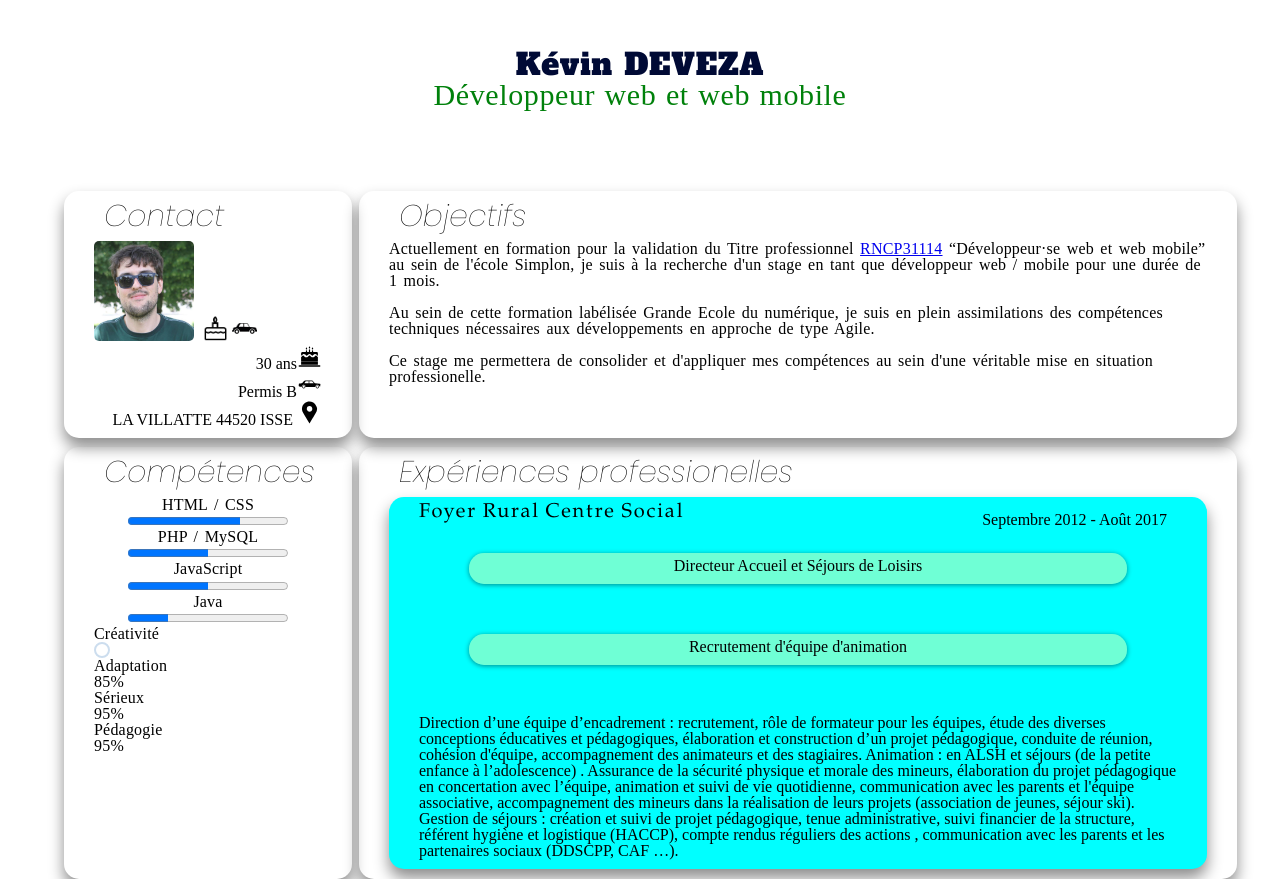
Repository: KevinDvZ/kevindvz.github.io
Page: index.html
An editor plug-in stored every save of this project. The page is shown before and after the next save, followed by the edit.
The browser window is 1280 px wide. The pictures show the whole page.

Above is the page before, as saved 2020-10-31 15:57:28.

### index.html
<!DOCTYPE html>
<html>
    <!--HEADER-->
<head>
    <title id="nomprenom">DEVEZA Kevin - Développeur Web et Web mobile.</title>
        <meta charset="utf-8" />
        <meta name="description" contents="CV de Kévin DEVEZA, développeur web  et web mobile junior."/>
        <link rel="stylesheet" href="css/cv_deveza.css" />
        <link rel="stylesheet" href="css/reset.css"/>
        <link href="https://fonts.googleapis.com/css2?family=Alfa+Slab+One&display=swap" rel="stylesheet">
        <link href="https://fonts.googleapis.com/css2?family=Abril+Fatface&display=swap" rel="stylesheet">
        <link href="https://fonts.googleapis.com/css2?family=Poppins:ital,wght@1,100&display=swap" rel="stylesheet">
        <meta name="viewport" content="width=device-width, initial-scale=1.0">    </head>

<body>

<header>

    <div class="text-center">
         <h1 id="nomprenom">Kévin DEVEZA</h1>
         <p id="metier">Développeur web et web mobile</p>
    </div>
</header>

<nav>
        <a class="menu" href="#intro">Objectif</a>
        <a class="menu" href="#experience">Expérience professionelles</a>
        <a class="menu" href="#langages">Compétences en développement</a>
        <a class="menu" href="#formations">Formations</a>
        <a class="menu" href="#interets">Centres d'intérêt</a>
        <a class="menu" href="#contact">Contact</a>
</nav>

<main>

<div class="cadre" id="cadre-obj">
        <h2 class="entete">Objectifs</h2>

    <p class="p-center"><p>Actuellement en formation pour la validation du Titre professionnel <a href="https://www.francecompetences.fr/recherche/rncp/31114/" target="_blank" rel="noopener">RNCP31114</a> <em>&ldquo;D&eacute;veloppeur&middot;se web et web mobile&rdquo;</em> au sein de l'&eacute;cole <em>Simplon</em>, je suis &agrave; la recherche d'un stage en tant que d&eacute;veloppeur web / mobile pour une dur&eacute;e de<em> 1 mois.</em><em></em></p>
    <p></p><br>
    <p>Au sein de cette formation lab&eacute;lis&eacute;e Grande Ecole du num&eacute;rique, je suis en plein assimilations des comp&eacute;tences techniques n&eacute;cessaires aux d&eacute;veloppements en approche de type Agile.</p>
    <p></p><br>
    <p>Ce stage me permettera de consolider et d'appliquer mes comp&eacute;tences au sein d'une v&eacute;ritable mise en situation professionelle.</p>
    <p></p></p>
</div>

<div id="cadre-contact" class="cadre">
          <h2 class="entete">Contact</h2>
      <img src="assets/img/solaire_cv.jpg" alt="image_profil" class="img">
      <img src="assets/icones/birthday_cake.png" alt="" class="icone">
      <img src="assets/icones/car.png" alt="" class="icone">
      <ul class="contact-liste">
        <li>30 ans<img src="assets/icones/birthday-cake.svg" class="icone"></li>
        <li>Permis B<img src="assets/icones/car.svg" alt="" class="icone"></li>
        <li>LA VILLATTE 44520 ISSE <img src="assets/icones/map.svg" class="icone"></li>
     </ul>
    </div>

<div class="cadre" id="skills">
    <h2 class="entete">Compétences</h2>
                    <div class="cadre-jauges">

        <p>HTML / CSS<p>
        <progress id="file" max="100" value="70"> 70% </progress>
        <p>PHP / MySQL</p>
        <progress id="file" max="100" value="50"> 50% </progress>
        <p>JavaScript</p>
        <progress id="file" max="100" value="50"> 30% </progress>
        <p>Java<p>
        <progress id="file" max="100" value="25"> 25% </progress>
</div>
<div id="soft-skills">
    <p>Créativité</p>
    <div class="progress-circle" data-value="38">
        <div class="progress-masque">
            </div>
    </div>
    <p>Adaptation</p>
    <p>85%</p>
    <p>Sérieux</p>
    <p>95%</p>
    <p>Pédagogie</p>
    <p>95%</p>
</div>
    </div>

<div class="cadre" id="cadre-exp">
            <h2 class="entete">Expériences professionelles</h2>

             <div class="cadre" id="experiences">
                <h2 class="entreprise">Foyer Rural Centre Social</h2>
                <h3 class="dates">Septembre 2012 - Août 2017</h3>
                <div class="cadre" >Directeur Accueil et Séjours de Loisirs</div>
                <div class="cadre" id="competences_exp">Recrutement d'équipe d'animation</div>

                    Direction d’une équipe d’encadrement : recrutement, rôle de formateur pour les équipes, étude des diverses conceptions éducatives et pédagogiques, élaboration et construction d’un projet pédagogique, conduite de réunion, cohésion d'équipe, accompagnement des animateurs et des stagiaires.
                    Animation : en ALSH et séjours (de la petite enfance à l’adolescence) . Assurance de la sécurité physique et morale des mineurs, élaboration du projet pédagogique en concertation avec l’équipe, animation et suivi de vie quotidienne, communication avec les parents et l'équipe associative, accompagnement des mineurs dans la réalisation de leurs projets (association de jeunes, séjour ski).
                    Gestion de séjours : création et suivi de projet pédagogique, tenue administrative, suivi financier de la structure, référent hygiène et logistique (HACCP), compte rendus réguliers des actions , communication avec les parents et les partenaires sociaux (DDSCPP, CAF …).</p>
            </div>


</div>



</main>
<body>
</html>

### css/cv_deveza.css
header {
  padding: 30px;
  text-align: center;
}

.text-center {
  display: inline-block;
  text-align: center;
  padding: 50px;
}

#nomprenom {
  font-family: "Alfa Slab One", cursive;
  font-size: 30px;
  letter-spacing: 0.8px;
  word-spacing: 1.4px;
  color: #000a35;
}

#metier {
  font-size: 30px;
  letter-spacing: 0.6px;
  word-spacing: 1.4px;
  color: #00810b;
  margin-bottom: auto;
}

nav {
  visibility: hidden;
  display: inline-block;
  text-align: center;
  width: 100%;
  margin-bottom: 30px;
}
p {
  font-family: Georgia, serif;
  font-size: 14px;
  letter-spacing: 0.2px;
  word-spacing: 2.2px;
  color: #000000;
  font-weight: 400;
  text-decoration: rgb(68, 68, 68);
  font-style: normal;
  font-variant: normal;
  text-transform: none;
}

.pcenter {
  text-align: center;
}
.menu {
  margin: 3px 3px 3px 3px;
}

body {
  background: rgb(255, 255, 255);
}

main {
  margin-top: 50px;
  display: grid;
  gap: 9px 7px;
  height: auto;
  margin: 15px 5% auto 5%;
  grid-template-columns: repeat(4, 25%);
  grid-template-rows: auto;
  grid-template-areas:
    "contact obj obj obj"
    "skills exp exp exp";
}

#cadre-obj {
  grid-area: obj;
  z-index: -5;
}

.entreprise {
  font-family: "Palatino Linotype", "Book Antiqua", Palatino, serif;
  font-size: 20px;
  letter-spacing: 1.8px;
  word-spacing: -1px;
  color: #000000;
  font-weight: 1;
  text-decoration: none;
  font-style: normal;
  font-variant: normal;
  text-transform: none;
}
h3 {
  text-align: right;
}

#cadre-contact {
  grid-area: contact;
  z-index: -50;
}

#cadre-exp {
  grid-area: exp;
  z-index: 100;
}

.img {
  max-height: 100px;
  min-height: 60px;
  width: auto;
  margin-right: 5px;
  border-radius: 5px;
}

.contact-liste li {
  list-style-type: none;
  text-align: right;
  position: inline;
}

.entete {
  font-family: "Abril Fatface", cursive;
  font-size: 30px;
  display: block;
  font-family: "Poppins", sans-serif;
  margin: 5px auto 10px 10px;
}

.cadre {
  box-shadow: 0 9px 15px rgba(0, 0, 0, 0.45);
  display: block;
  padding: 5px 30px 10px 30px;
  border-radius: 15px;
}

#skills {
  grid-area: skills;
  z-index: 2;
}

.cadre-jauges {
  text-align: center;
  display: block;
  position: relative;
}
.icone {
  width: 25px;
  position: inherit;
  top: 5px;
  left: 5px;
}

.progress-circle {
  position: inline; /* pour servir de référent */
  box-sizing: border-box; /* prise en compte bordure dans la dimension */
  font-size: 1em; /* pour définir les dimensions */
  width: 1em; /* fixe la largeur */
  height: 1em; /* fixe la hauteur */
  border-radius: 100%; /* rendu aspect circulaire */
  border: 0.15em solid #cde; /* couleur de fond de l'anneau */
  background-color: rgba(
    255,
    255,
    255,
    0
  ); /* couleur de fond de la progress bar */
}

.progress-masque {
  display: block;
}

#experiences .cadre {
  display: block;
  box-shadow: 0 1px 5px rgba(0, 0, 0, 0.45);
  background-color: #bfffb794;
  margin: 25px 50px 50px 50px;
  text-align: center;
}

#experiences .dates {
  margin: -10px 10px 10px 10px;
}
.cadre .cadre {
  background-color: aqua;
}

Loaded but not shown: css/reset.css (common file)

After the next save:
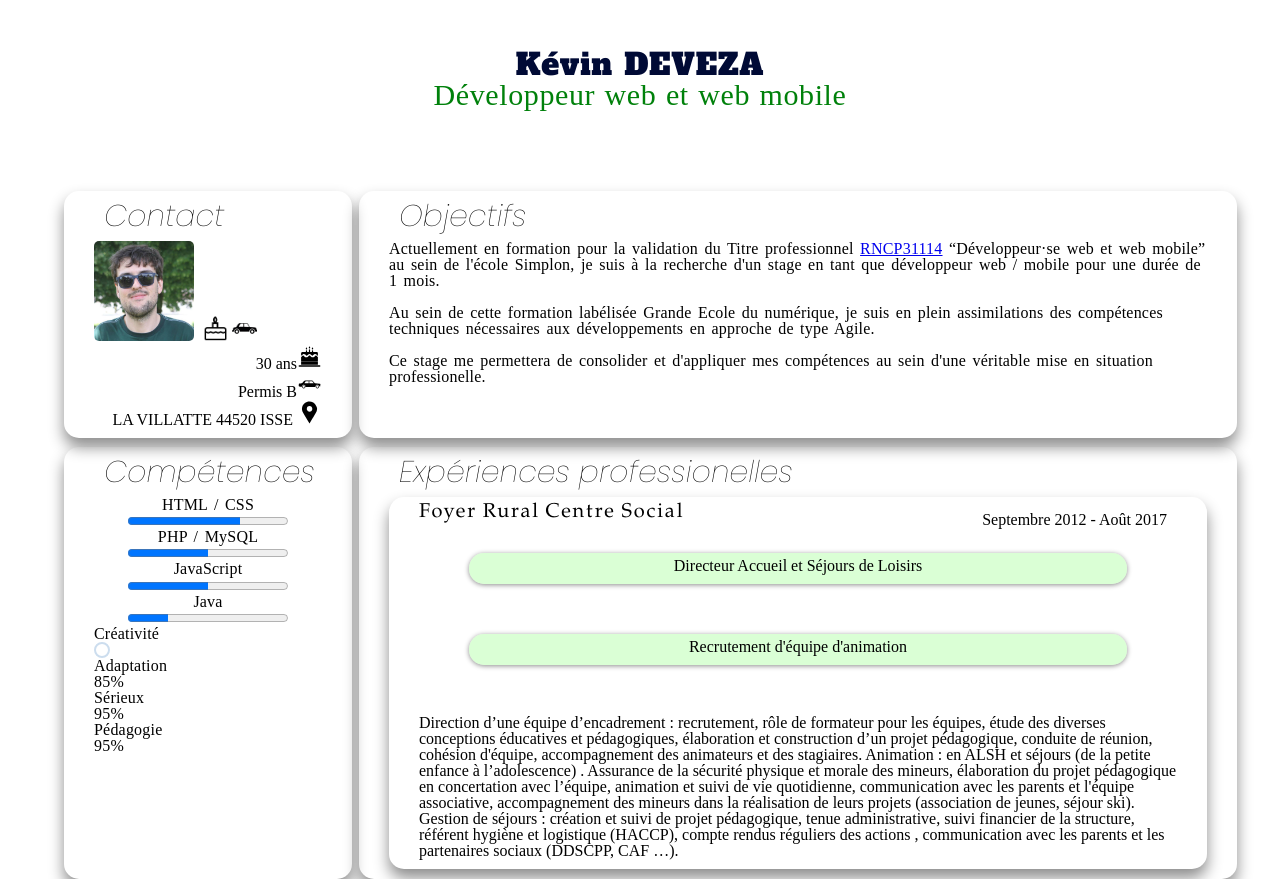
Saved 7 s later.
--- a/css/cv_deveza.css
+++ b/css/cv_deveza.css
@@ -177,6 +177,6 @@ h3 {
 #experiences .dates {
   margin: -10px 10px 10px 10px;
 }
-.cadre .cadre {
+#competences_exp {
   background-color: aqua;
 }
